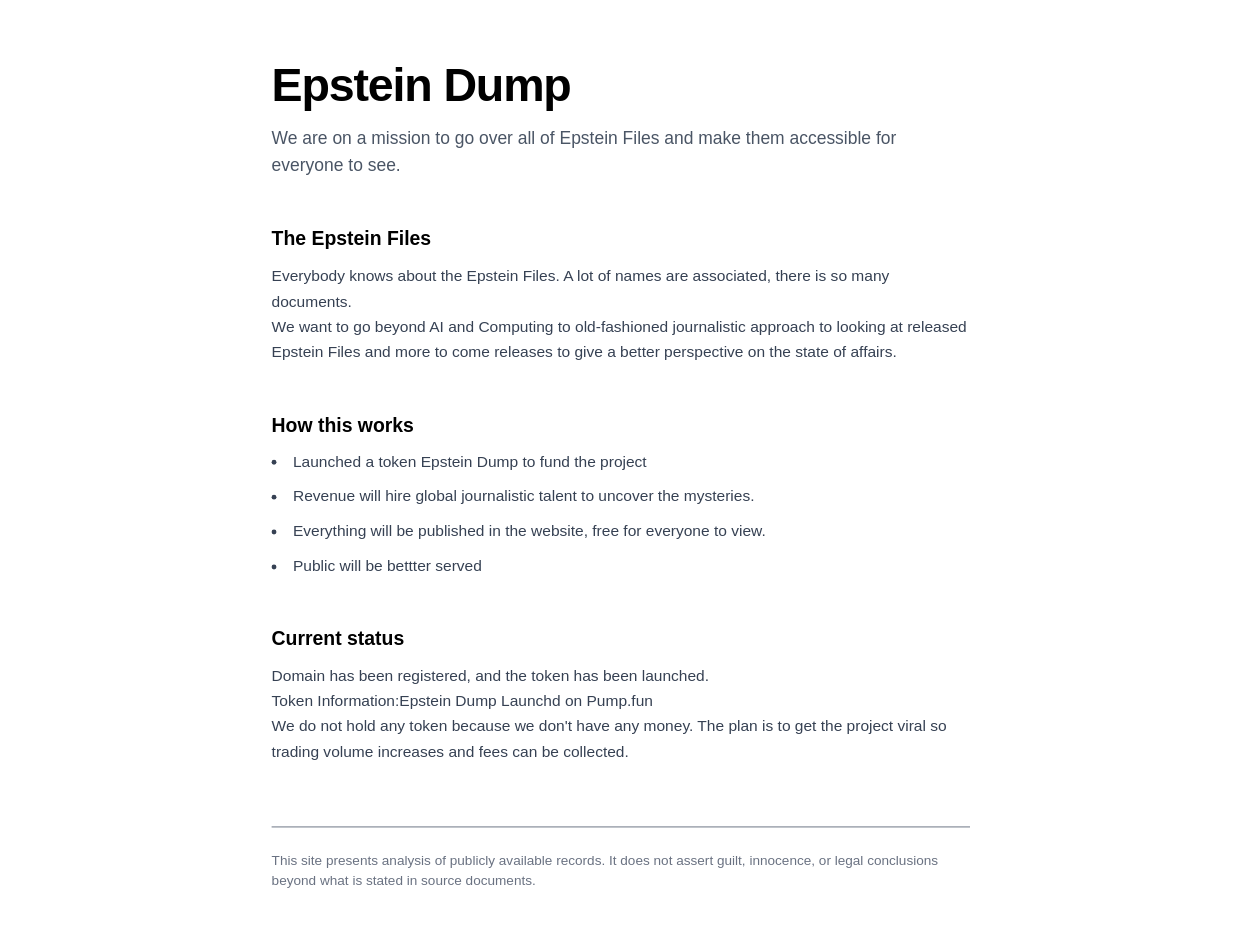
Repository: dayvoid97/epsteindump
Page: /
These files come from the project's save history. The page is drawn as it stood at one moment and after the next save; the edit follows.
The browser window is 1280 px wide. The pictures show the whole page, at 97% of full size.
The project was rebuilt for these pictures with package versions that can differ from the ones it lists, and the page was loaded fresh each time. The framework's server and built-in components were replaced by stand-ins that run in the browser. Also part of the build but not shown: next.config.ts.

Above is the page before, as saved 2026-02-02 02:26:22.

### app/layout.tsx
import type { Metadata } from 'next'
import { Geist, Geist_Mono } from 'next/font/google'
import Script from 'next/script'
import './globals.css'

const geistSans = Geist({
  variable: '--font-geist-sans',
  subsets: ['latin'],
})

const geistMono = Geist_Mono({
  variable: '--font-geist-mono',
  subsets: ['latin'],
})

export const metadata: Metadata = {
  title: 'The Epstein Files',
  description: 'Readable analysis of publicly released Epstein-related documents.',
}

export default function RootLayout({
  children,
}: Readonly<{
  children: React.ReactNode
}>) {
  return (
    <html lang="en">
      <head>
        {/* Google Analytics (GA4) */}
        <Script
          src="https://www.googletagmanager.com/gtag/js?id=G-BQLDPN3H1B"
          strategy="afterInteractive"
        />
        <Script id="ga4-init" strategy="afterInteractive">
          {`
            window.dataLayer = window.dataLayer || [];
            function gtag(){dataLayer.push(arguments);}
            gtag('js', new Date());
            gtag('config', 'G-BQLDPN3H1B');
          `}
        </Script>
        {/* End Google Analytics */}
      </head>

      <body className={`${geistSans.variable} ${geistMono.variable} antialiased`}>{children}</body>
    </html>
  )
}

### app/page.tsx
export default function Home() {
  return (
    <main className="min-h-screen bg-white text-black">
      <div className="max-w-3xl mx-auto px-6 py-16">
        {/* Header */}
        <header className="mb-12">
          <h1 className="text-4xl md:text-5xl font-semibold tracking-tight">Epstein Dump</h1>
          <p className="mt-4 text-lg text-gray-600">
            We are on a mission to go over all of Epstein Files and make them accessible for
            everyone to see.
          </p>
        </header>

        {/* Mission */}
        <section className="mb-12">
          <h2 className="font-bold text-xl  mb-3">The Epstein Files</h2>
          <p className="text-gray-700 leading-relaxed">
            Everybody knows about the Epstein Files. A lot of names are associated, there is so many
            documents.
          </p>

          <p className="text-gray-700 leading-relaxed">
            We want to go beyond AI and Computing to old-fashioned journalistic approach to looking
            at released Epstein Files and more to come releases to give a better perspective on the
            state of affairs.
          </p>
        </section>

        {/* What to Expect */}
        <section className="mb-12">
          <h2 className="text-xl font-bold mb-3">How this works</h2>
          <ul className="space-y-3 text-gray-700 list-disc list-inside">
            <li>Launched a token Epstein Dump to fund the project</li>
            <li>Revenue will hire global journalistic talent to uncover the mysteries. </li>
            <li>Everything will be published in the website, free for everyone to view. </li>
            <li>Public will be bettter served</li>
          </ul>
        </section>

        {/* Status */}
        <section className="mb-16">
          <h2 className="text-xl font-bold mb-3">Current status</h2>
          <p className="text-gray-700 leading-relaxed">
            Domain has been registered, and the token has been launched.
          </p>
          <p className="text-gray-700 leading-relaxed">
            Token Information:
            <a href="https://pump.fun/coin/AjRmSm4ZyLYUZ9ftCfi5yzLexpvPSRJtbccKJ99Dpump">
              Epstein Dump Launchd on Pump.fun
            </a>
          </p>
          <p className="text-gray-700 leading-relaxed">
            We do not hold any token because we don't have any money. The plan is to get the project
            viral so trading volume increases and fees can be collected.
          </p>
        </section>

        {/* Footer */}
        <footer className="border-t pt-6 text-sm text-gray-500">
          <p>
            This site presents analysis of publicly available records. It does not assert guilt,
            innocence, or legal conclusions beyond what is stated in source documents.
          </p>
        </footer>
      </div>
    </main>
  )
}

Loaded but not shown: app/globals.css (common file)

After the next save:
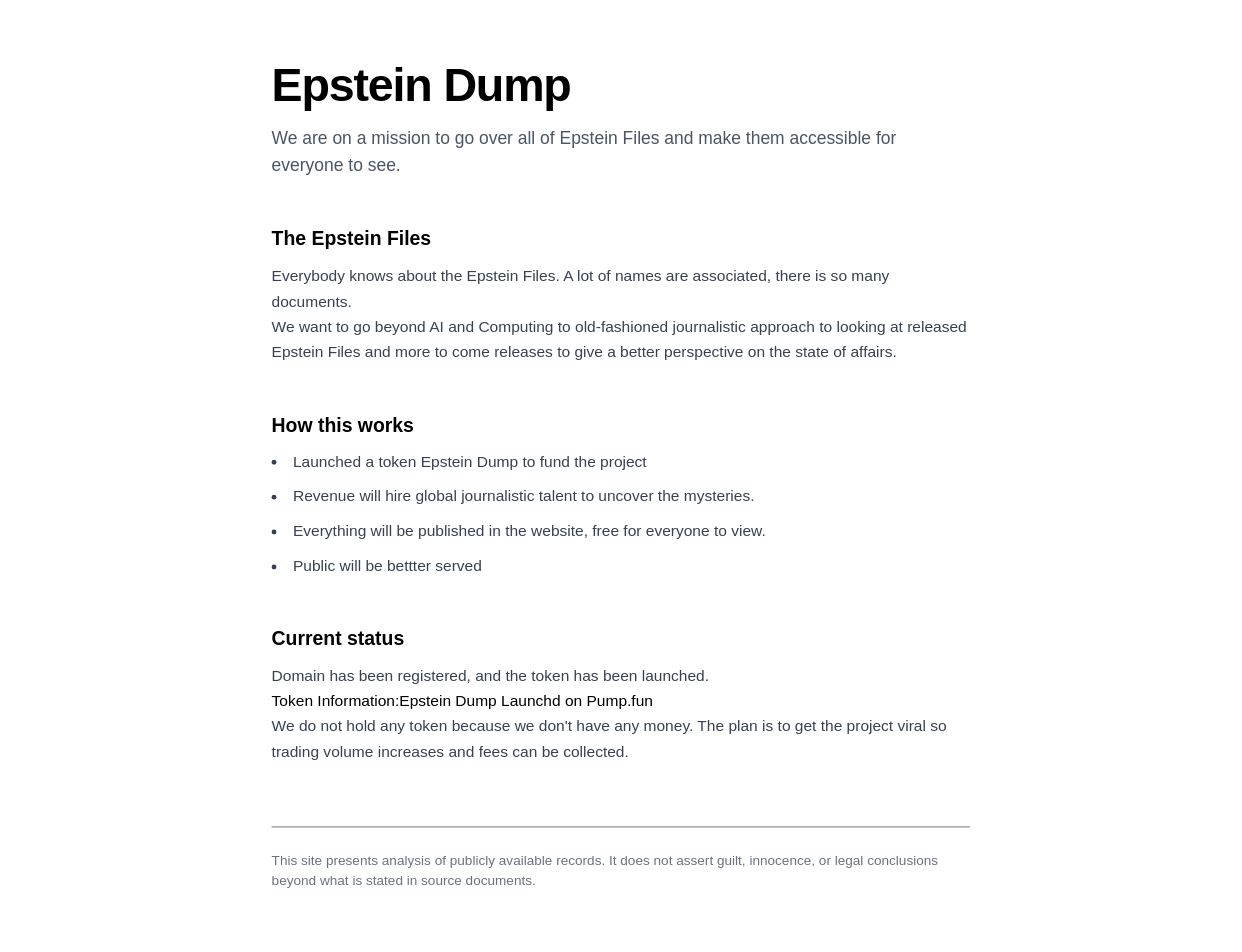
Saved 41 s later.
--- a/app/page.tsx
+++ b/app/page.tsx
@@ -43,7 +43,7 @@
           <p className="text-gray-700 leading-relaxed">
             Domain has been registered, and the token has been launched.
           </p>
-          <p className="text-gray-700 leading-relaxed">
+          <p className=" leading-relaxed">
             Token Information:
             <a href="https://pump.fun/coin/AjRmSm4ZyLYUZ9ftCfi5yzLexpvPSRJtbccKJ99Dpump">
               Epstein Dump Launchd on Pump.fun
